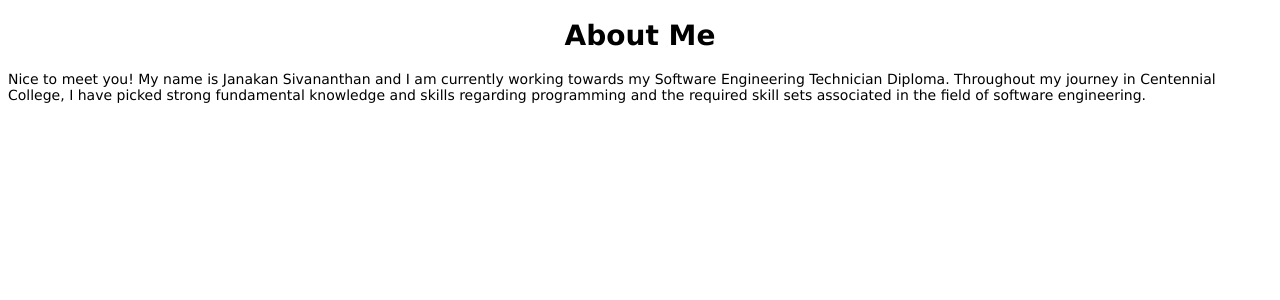
Repository: JanakanS95/COMP-229-Assignment-1
Page: http://localhost/about
The author's editor kept a copy of each file at every save. The page is drawn from the files as they stood at one save, then again after the next save.
The browser window is 1280 px wide. The pictures show the whole page.
The page is served by the project's Node server (app.js). Other server files are loaded and not shown.

Above is the page before, as saved 2021-06-03 18:32:46.

### views/about.ejs
<!DOCTYPE html>
<html>
  <head>
    <title><%= title %></title>
    <link rel='stylesheet' href='/Content/index.css' />
  </head>
  <body>
    <h1><%= title %></h1>
    <p>Nice to meet you! My name is Janakan Sivananthan and I am
    currently working towards my Software Engineering Technician Diploma.
    Throughout my journey in Centennial College, I have picked strong fundamental knowledge and skills
    regarding programming and the required skill sets associated in the field of software engineering.</p>
  </body>
</html>

### app.js
let createError = require('http-errors');
let express = require('express');
let path = require('path');
let cookieParser = require('cookie-parser');
let logger = require('morgan');

let indexRouter = require('./routes/index');
let usersRouter = require('./routes/users');

let app = express();

// view engine setup
app.set('views', path.join(__dirname, 'views'));
app.set('view engine', 'ejs');

app.use(logger('dev'));
app.use(express.json());
app.use(express.urlencoded({ extended: false }));
app.use(cookieParser());
app.use(express.static(path.join(__dirname, 'public')));

app.use('/', indexRouter);
app.use('/users', usersRouter);

// catch 404 and forward to error handler
app.use(function(req, res, next) {
  next(createError(404));
});

// error handler
app.use(function(err, req, res, next) {
  // set locals, only providing error in development
  res.locals.message = err.message;
  res.locals.error = req.app.get('env') === 'development' ? err : {};

  // render the error page
  res.status(err.status || 500);
  res.render('error');
});

module.exports = app;

### routes/index.js
var express = require('express');
var router = express.Router();

/* GET home page. */
router.get('/', function(req, res, next) {
  res.render('index', { title: 'Janakan Sivananthan' });
});

/* GET home page. */
router.get('/home', function(req, res, next) {
  res.render('index', { title: 'Janakan Sivananthan' });
});

/* GET About me page. */
router.get('/about', function(req, res, next) {
  res.render('about', { title: 'About Me' });
});

/* GET Projects page. */
router.get('/projects', function(req, res, next) {
  res.render('projects', { title: 'Projects' });
});

/* GET Service page. */
router.get('/services', function(req, res, next) {
  res.render('services', { title: 'Services' });
});

/* GET Contact Me page. */
router.get('/contact', function(req, res, next) {
  res.render('contact', { title: 'Contact Me' });
});

module.exports = router;

### public/Content/index.css
body {
  font: 14px "Lucida Grande", Helvetica, Arial, sans-serif;
}

h1 {
  text-align : center;
}

After the next save:
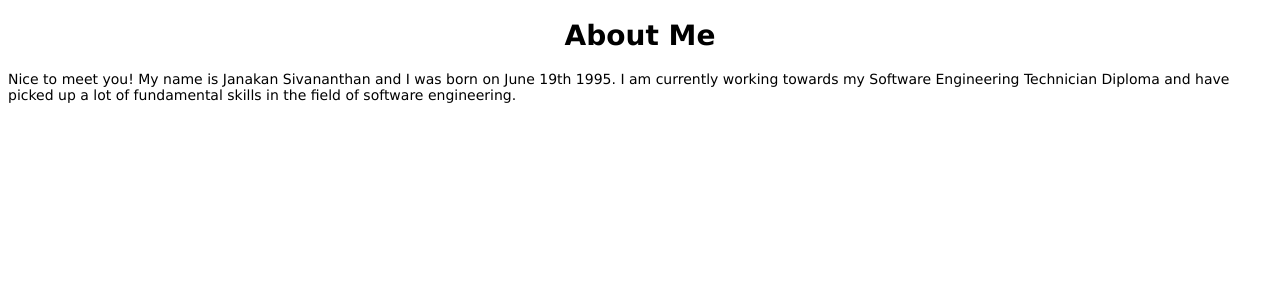
Saved 2 min 56 s later.
--- a/views/about.ejs
+++ b/views/about.ejs
@@ -6,9 +6,8 @@
   </head>
   <body>
     <h1><%= title %></h1>
-    <p>Nice to meet you! My name is Janakan Sivananthan and I am
-    currently working towards my Software Engineering Technician Diploma.
-    Throughout my journey in Centennial College, I have picked strong fundamental knowledge and skills
-    regarding programming and the required skill sets associated in the field of software engineering.</p>
+    <p>Nice to meet you! My name is Janakan Sivananthan and I was born on June 19th 1995.
+     I am currently working towards my Software Engineering Technician Diploma and have picked up a lot of
+     fundamental skills in the field of software engineering.</p>
   </body>
 </html>
